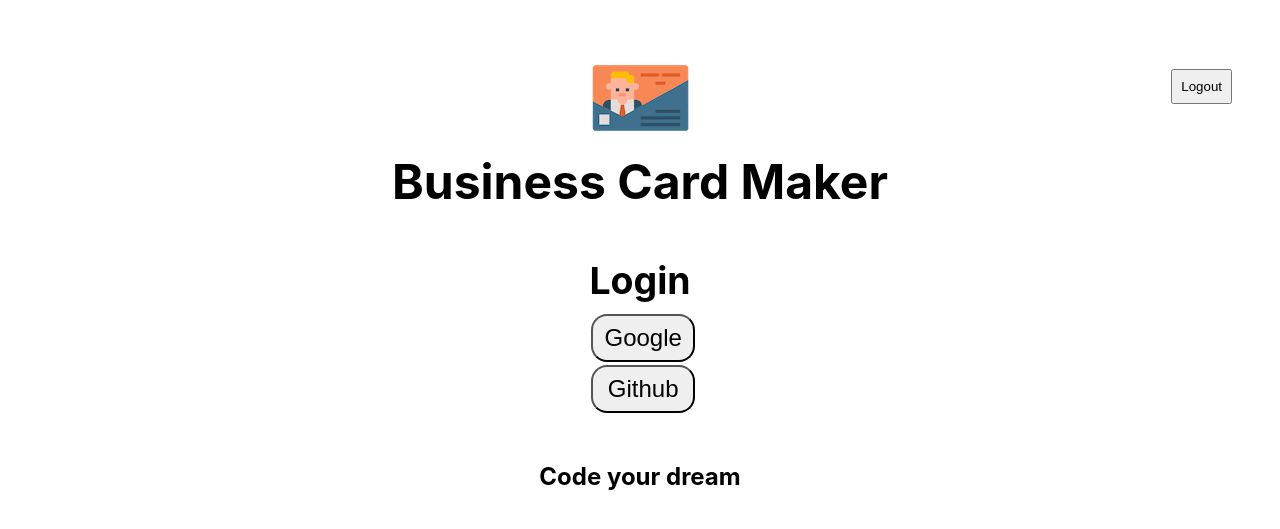
Repository: gomgomigom/firebase_practice_card_maker
Page: /
These files come from the project's save history. The page is drawn as it stood at one moment and after the next save; the edit follows.
The browser window is 1280 px wide. The pictures show the whole page.
The page's requests for data from a server got no answer. The project was rebuilt for these pictures with package versions that can differ from the ones it lists, and the page was loaded fresh each time. No one was signed in, and anything a server would have sent is missing.

Above is the page before, as saved 2022-01-21 14:12:12.

After the next save:
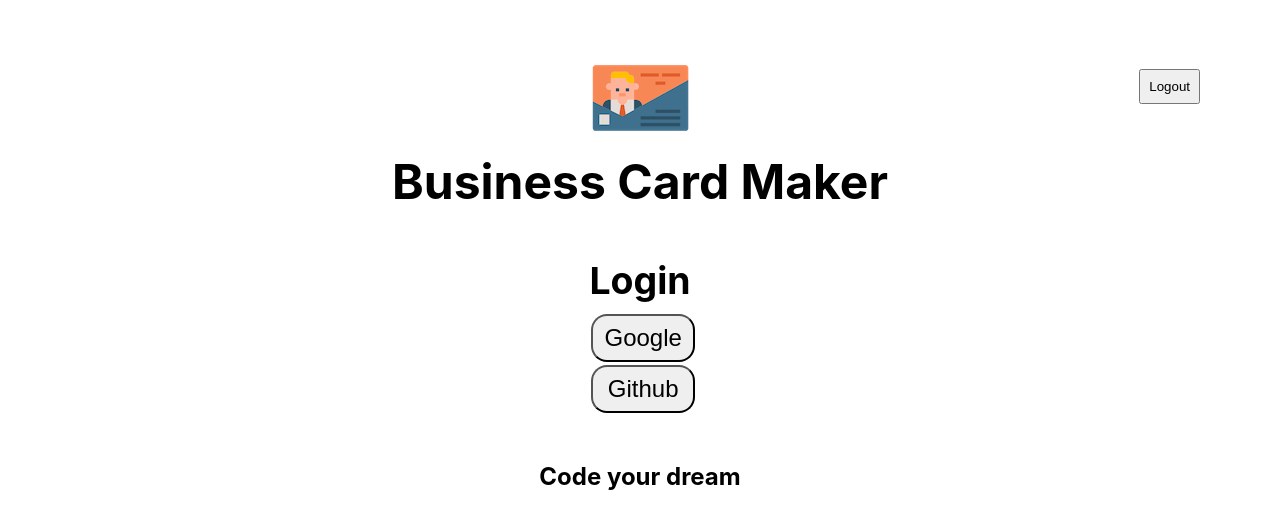
Saved 14 s later.
--- a/src/components/header/header.module.css
+++ b/src/components/header/header.module.css
@@ -27,7 +27,7 @@
 .logout {
   position: absolute;
   top: 1rem;
-  right: 1rem;
+  right: 3rem;
   cursor: pointer;
   padding: 0.5rem;
 }
